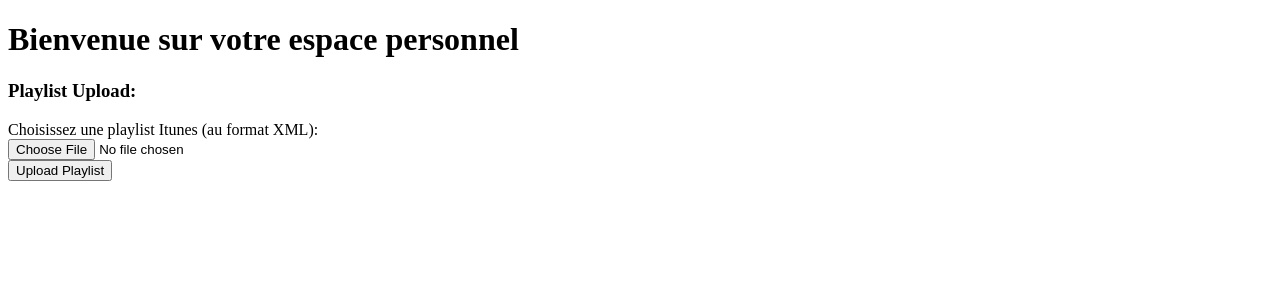
Repository: RomanKeller/Youtunes
Page: http://localhost/Web/Connexion.jsp
The author's editor kept a copy of each file at every save. The page is drawn from the files as they stood at one save, then again after the next save.
The browser window is 1280 px wide. The pictures show the whole page.
The page is served by Tomcat 9. Other server files are loaded and not shown.

Above is the page before, as saved 2014-06-05 09:00:01.

### Web/WebContent/Connexion.jsp
<%@ page language="java" contentType="text/html; charset=ISO-8859-1"
    pageEncoding="ISO-8859-1"%>
<!DOCTYPE html PUBLIC "-//W3C//DTD HTML 4.01 Transitional//EN" "http://www.w3.org/TR/html4/loose.dtd">
<html>
<head>
<meta http-equiv="Content-Type" content="text/html; charset=ISO-8859-1">
<title>Youtunes</title>
<p><h1> Bienvenue sur votre espace personnel </h1></p>
</head>
<body>

  <h3>Playlist Upload:</h3>
Choisissez une playlist Itunes (au format XML): <br />
<form action="Result" method="post"
                        enctype="multipart/form-data">
<input type="file" name="file" size="50" />
<br />
<input type="submit" value="Upload Playlist" />
</form>
</body>
</html>

After the next save:
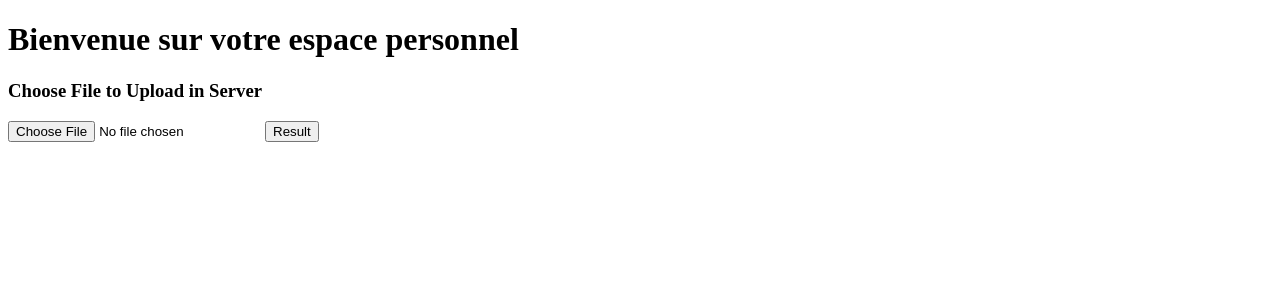
Saved 15 min 44 s later.
--- a/Web/WebContent/Connexion.jsp
+++ b/Web/WebContent/Connexion.jsp
@@ -9,13 +9,11 @@
 </head>
 <body>
 
-  <h3>Playlist Upload:</h3>
-Choisissez une playlist Itunes (au format XML): <br />
-<form action="Result" method="post"
-                        enctype="multipart/form-data">
-<input type="file" name="file" size="50" />
-<br />
-<input type="submit" value="Upload Playlist" />
-</form>
+  <h3> Choose File to Upload in Server </h3>
+            <form action="Result" method="post" enctype="multipart/form-data">
+                <input type="file" name="file" />
+                <input type="submit" value="Result" />
+            </form>
+        </div>
 </body>
 </html>

After the save that followed:
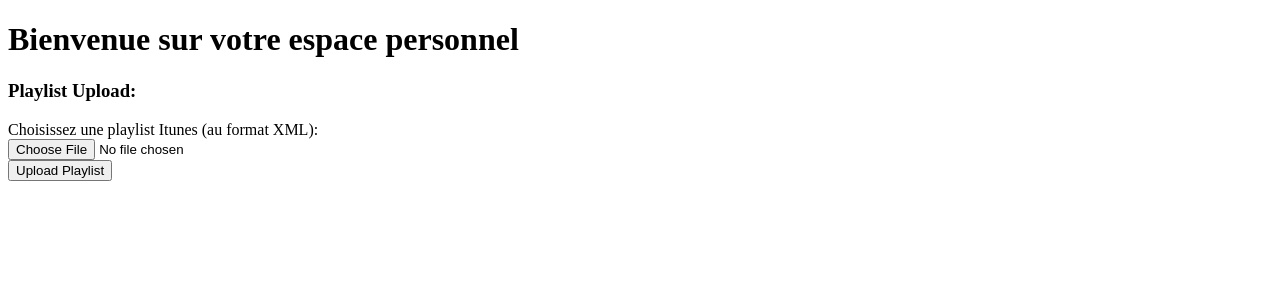
Saved 6 min 25 s later.
--- a/Web/WebContent/Connexion.jsp
+++ b/Web/WebContent/Connexion.jsp
@@ -9,11 +9,13 @@
 </head>
 <body>
 
-  <h3> Choose File to Upload in Server </h3>
-            <form action="Result" method="post" enctype="multipart/form-data">
-                <input type="file" name="file" />
-                <input type="submit" value="Result" />
-            </form>
-        </div>
+  <h3>Playlist Upload:</h3>
+Choisissez une playlist Itunes (au format XML): <br />
+<form action="Result" method="post"
+                        enctype="multipart/form-data">
+<input type="file" name="file" size="50" />
+<br />
+<input type="submit" value="Upload Playlist" />
+</form>
 </body>
 </html>
